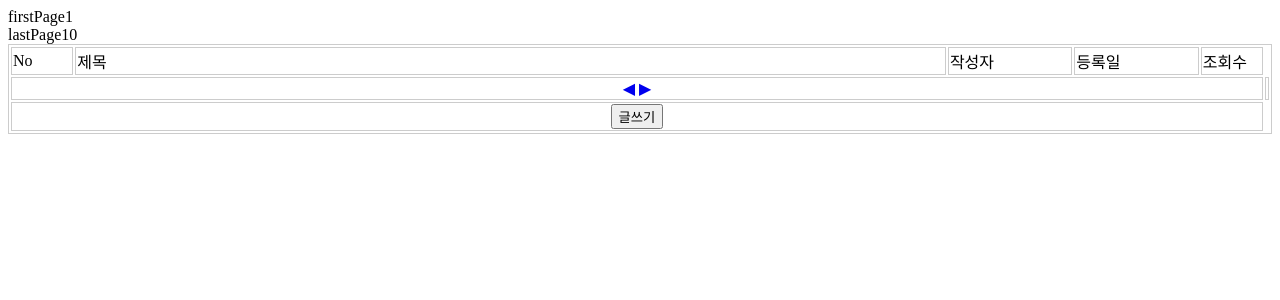
Repository: SyngyeonTak/javaee_workspace
Page: http://localhost/BoardApp/news/list.jsp
These files come from the project's save history. The page is drawn as it stood at one moment and after the next save; the edit follows.
The browser window is 1280 px wide. The pictures show the whole page.
The page is served by Tomcat 9. Other server files are loaded and not shown. Queries for data that is not in the repository find no rows.

Above is the page before, as saved 2020-12-09 02:05:11.

### BoardApp/WebContent/news/list.jsp
<%@page import="board.model.News"%>
<%@page import="java.util.List"%>
<%@page import="board.model.NewsDAO"%>
<%@ page contentType="text/html;charset=utf-8"%>
<%
	request.setCharacterEncoding("utf-8");
	NewsDAO dao = new NewsDAO();

	List<News> list = dao.selectAll();

	int totalRecord = list.size();
	int pageSize = 10;
	int currentPage = 1;
	if(request.getParameter("currentPage")!=null){
		currentPage = Integer.parseInt(request.getParameter("currentPage"));
	}

	int totalPage = (int)Math.ceil((float)totalRecord/pageSize);

	int blockSize = 10;
	int firstPage = currentPage - (currentPage-1)%blockSize;
	int lastPage = firstPage+ (blockSize-1);
	int curPos = (currentPage-1)*pageSize;
	int num = totalRecord - curPos;


	out.print("firstPage"+firstPage+"<br>");
	out.print("lastPage"+lastPage+"<br>");
%>
<!DOCTYPE html>
<html>
<head>
<meta charset="utf-8">
<title>Insert title here</title>
<style>

table{
	width: 100%;
	border: 1px solid #cccccc;
}
td{
	border: 1px solid #cccccc;
}
a{
 	text-decoration : none;
}
.pageNum{
	font-size:20px;
	color: bluc;
	font-weight: bold;
}
</style>
<script>
	function showColor(obj){
		obj.style.background = "dodgerblue";
	}


	function hideColor(obj){
		obj.style.background = "";

	}

</script>
</head>
<body>
	<table>
		<tr>
			<td width = "5%">No</td>
			<td width = "70%">제목</td>
			<td width = "10%">작성자</td>
			<td width = "10%">등록일</td>
			<td width = "5%">조회수</td>
		</tr>
		<%for(int i = 1; i<=pageSize; i++){ %>
			<%if(num < 1) break; %>

			<%News news = list.get(curPos++); %>
			<tr  onMouseOver = "showColor(this)" onMouseOut = "hideColor(this)">
				<td><%=num-- %></td>
				<td><%=news.getTitle() %></td>
				<td><%=news.getWriter() %></td>
				<td><%=news.getRegdate().substring(0, 10) %></td>
				<td><%=news.getHit() %></td>
			</tr>
		<%} %>
		<tr>

			<td colspan = "5" style = "text-align:center;">

				<%if(firstPage >1){ %>
					<a href = "list.jsp?currentPage=<%=firstPage-1 %>">◀</a>
				<%}else{ %>
					<a href = "javascript:alert('처음페이지 입니다.')">◀</a>
				<%} %>

				<%for(int i=firstPage; i<=lastPage; i++){ %>
					<%if(i > totalPage) break; %>
					<a href = "list.jsp?currentPage=<%=i %>" <%if(currentPage == i){ %> class = "pageNum" <%} %>>[<%=i %>]</a>
				<%} %>

				<%if(lastPage <= totalPage){ %>
					<a href = "list.jsp?currentPage=<%=lastPage+1 %>">▶</a>
				<%}else{ %>
					<a href = "javascript:alert('마지막 페이지 입니다.')">▶</a>
				<%} %>

			<td>
		</tr>
		<tr>
			<td colspan="5" style = "text-align: center;">
				<button>글쓰기</button>
			</td>
		</tr>
	</table>
</body>
</html>

### BoardApp/src/board/model/NewsDAO.java
package board.model;

import java.sql.Connection;
import java.sql.PreparedStatement;
import java.sql.ResultSet;
import java.sql.SQLException;
import java.util.ArrayList;
import java.util.List;

import javax.naming.ldap.PagedResultsControl;

import db.DBManager;

public class NewsDAO {
	DBManager dbManager = new DBManager();

	public int insert(News news) {
		Connection con = dbManager.getConnection();
		PreparedStatement pstmt = null;
		int result = 0;

		String sql = "insert into news(title, writer, content) values(?, ? ,?)";
		try {
			pstmt = con.prepareStatement(sql);
			pstmt.setString(1, news.getTitle());
			pstmt.setString(2, news.getWriter());
			pstmt.setString(3, news.getContent());

			result = pstmt.executeUpdate();


		} catch (SQLException e) {
			e.printStackTrace();
		}finally {
			dbManager.release(con, pstmt);
		}

		return result;
	}
	public News select(int news_id) {
		Connection con = dbManager.getConnection();
		PreparedStatement pstmt = null;
		ResultSet rs = null;
		News news = null;

		try {
			con.setAutoCommit(false);
			String sql = "select * from news where news_id = ?";
			pstmt = con.prepareStatement(sql);
			pstmt.setInt(1, news_id);
			rs= pstmt.executeQuery();

			if(rs.next()) {
				news = new News();
				news.setNews_id(rs.getInt("news_id"));
				news.setTitle(rs.getString("title"));
				news.setWriter(rs.getString("writer"));
				news.setContent(rs.getString("content"));
				news.setRegdate(rs.getString("regdate"));
				news.setHit(rs.getInt("hit"));

			}

			sql = "update news set hit = hit+1 where news_id = ?";
			pstmt = con.prepareStatement(sql);
			pstmt.setInt(1, news_id);
			con.commit();
		} catch (SQLException e) {
			e.printStackTrace();
			try {
				con.rollback();
			} catch (SQLException e1) {
				e1.printStackTrace();
			}
		}finally {
			dbManager.release(con, pstmt, rs);
			try {
				con.setAutoCommit(true);
			} catch (SQLException e) {
				e.printStackTrace();
			}
		}

		return news;
	}

	public List selectAll() {
		Connection con=null;
		PreparedStatement pstmt=null;
		ResultSet rs=null;
		ArrayList list = new ArrayList();

		con=dbManager.getConnection();
		StringBuilder sb = new StringBuilder();
		sb.append("select  n.news_id as news_id, writer, title , regdate, hit,count(comments_id) as cnt");
		sb.append(" from news n left outer join comments c ");
		sb.append(" on n.news_id = c.news_id");
		sb.append(" group by n.news_id,writer, title , regdate, hit order by n.news_id desc");

		try {
			pstmt=con.prepareStatement(sb.toString());
			rs=pstmt.executeQuery();
			while(rs.next()) {
				News news = new News();
				news.setNews_id(rs.getInt("news_id"));
				news.setWriter(rs.getString("writer"));
				news.setTitle(rs.getString("title"));
				news.setRegdate(rs.getString("regdate"));
				news.setHit(rs.getInt("hit"));
				news.setCnt(rs.getInt("cnt"));

				list.add(news);
			}
		} catch (SQLException e) {
			e.printStackTrace();
		}finally {
			dbManager.release(con, pstmt, rs);
		}
		return list;
	}
	public int update(News news) {
		Connection con = dbManager.getConnection();
		PreparedStatement pstmt = null;
		int result = 0;

		String sql = "update news set title = ?, writer = ?, content = ? where news_id = ?";
		try {
			pstmt = con.prepareStatement(sql);
			pstmt.setString(1, news.getTitle());
			pstmt.setString(2, news.getWriter());
			pstmt.setString(3, news.getContent());
			pstmt.setInt(4, news.getNews_id());

			result = pstmt.executeUpdate();

		} catch (SQLException e) {
			// TODO Auto-generated catch block
			e.printStackTrace();
		}finally {
			dbManager.release(con, pstmt);
		}
		return result;
	}
	public int delete(int news_id) {
		Connection con = dbManager.getConnection();
		PreparedStatement pstmt = null;

		int result = 0;

		String sql = "delete from news where news_id = ?";

		try {
			pstmt = con.prepareStatement(sql);
			pstmt.setInt(1, news_id);

			result = pstmt.executeUpdate();

		} catch (SQLException e) {
			// TODO Auto-generated catch block
			e.printStackTrace();
		}finally{
			dbManager.release(con, pstmt);
		}

		return result;
	}

	//게시물 지우지 않고, 삭제된 게시물이라는 표시 처리
	public int replace(int news_id) {
		Connection con = dbManager.getConnection();
		PreparedStatement pstmt =null;

		int result = 0;
		String sql = "update news set title = '작성자에 의해 원글이 삭제된 게시물입니다.', writer = '' where news_id = ?";

		try {
			pstmt = con.prepareStatement(sql);
			pstmt.setInt(1, news_id);
			result = pstmt.executeUpdate();

		} catch (SQLException e) {
			e.printStackTrace();
		}finally {
			dbManager.release(con, pstmt);
		}

		return result;
	}

}

### BoardApp/src/db/DBManager.java
/*
데이터베이스 접속 및 해제와 관련된 코드가 너무나 중복되므로, 공통의 로직으로 분리시켜
재사용하기 위함!!!
*/
package db;
import java.sql.DriverManager;
import java.sql.Connection;
import java.sql.PreparedStatement;
import java.sql.ResultSet;
import java.sql.SQLException;

public class DBManager {
	String driver="org.mariadb.jdbc.Driver";
	String url="jdbc:mariadb://localhost:3306/db1202";
	String user="root";
	String password="1234";

	//접속객체 얻기
	public Connection getConnection(){
		Connection con=null;//return 시키기 위해..
		try{
			Class.forName(driver); //드라이버 로드!!
			System.out.println("드라이버 로드 성공");
			//접속시도
			con=DriverManager.getConnection(url, user, password);
		}catch(ClassNotFoundException e){
			e.printStackTrace();
			System.out.println("드라이버를 로드할수 없네요");
		}catch(SQLException e){
			e.printStackTrace();
		}
		return con;
	}

	//자원해제
	public void release(Connection con){//쿼리문 수행 안햇을때..
		if(con!=null){
			try{
				con.close();
			}catch(SQLException e){
			}
		}
	}

	public void release(Connection con, PreparedStatement pstmt){ //DML용
		if(pstmt!=null){
			try{
				pstmt.close();
			}catch(SQLException e){
			}
		}
		if(con!=null){
			try{
				con.close();
			}catch(SQLException e){
			}
		}

	}
	public void release(Connection con, PreparedStatement pstmt,ResultSet rs){//select용
		if(rs!=null){
			try{
				rs.close();
			}catch(SQLException e){
			}
		}
		if(pstmt!=null){
			try{
				pstmt.close();
			}catch(SQLException e){
			}
		}
		if(con!=null){
			try{
				con.close();
			}catch(SQLException e){
			}
		}

	}
}

After the next save:
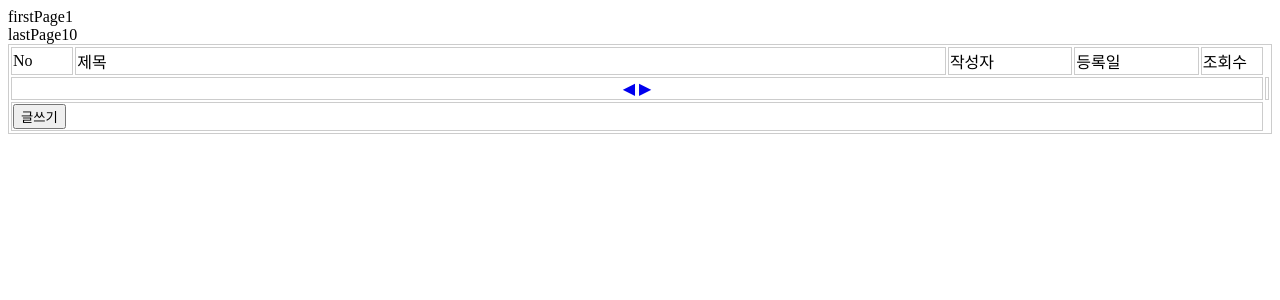
Saved 25 s later.
--- a/BoardApp/WebContent/news/list.jsp
+++ b/BoardApp/WebContent/news/list.jsp
@@ -108,7 +108,7 @@ a{
 			<td>
 		</tr>
 		<tr>
-			<td colspan="5" style = "text-align: center;">
+			<td colspan="5" onclick = "location.href = 'write.jsp'">
 				<button>글쓰기</button>
 			</td>
 		</tr>
